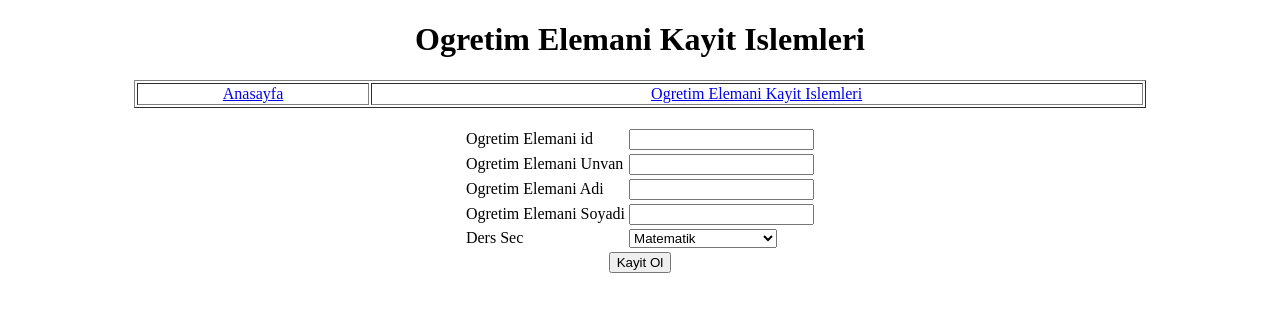
Repository: Egemen-ve-Burakhan-internet-final/final
Page: http://localhost/ogretim/ogretmen_kayit.jsp
These files come from the project's save history. The page is drawn as it stood at one moment and after the next save; the edit follows.
The browser window is 1280 px wide. The pictures show the whole page.
The page is served by Tomcat 9. Other server files are loaded and not shown.

Above is the page before, as saved 2020-05-27 13:18:16.

### okul/ogretim/WebContent/ogretmen_kayit.jsp
<%@ page language="java" contentType="text/html; charset=ISO-8859-1"
    pageEncoding="ISO-8859-1"%>
<!DOCTYPE html>
<html>
<head>
<meta charset="ISO-8859-1">
<title>Ogretmen Kayit Sayfasi</title>
</head>
<body>
	<div>
		<div>
			<h1 style="text-align:center">Ogretim Elemani Kayit Islemleri</h1>
		</div>
		<div>
			<table border=1px; width="80%" align= center>
				<tr>
					<td style="text-align:center"><a href="index.jsp">Anasayfa               </a></td>
					<td style="text-align:center"><a href="ogretmen_kayit.jsp">Ogretim Elemani Kayit Islemleri</a></td>
				</tr>
			</table>
		</div><br>

		<div>
			<form name="forum" action="Servlet" method="post">
				<table align= center>
				    <tr>
						<td><label>Ogretim Elemani id</label></td>
						<td><input type="text" name="oid" id="oid"></td>
					</tr>

					<tr>
						<td><label>Ogretim Elemani Unvan</label></td>
						<td><input type="text" name="unvan" id="unvan"></td>
					</tr>

					<tr>
						<td><label>Ogretim Elemani Adi</label></td>
						<td><input type="text" name="ad" id="ad"></td>
					</tr>

					<tr>
						<td><label>Ogretim Elemani Soyadi</label></td>
						<td><input type="text" name="soyad" id="soyad"></td>
					</tr>

					<tr>
						<td><label>Ders Sec</label></td>
						<td>
							<select name="ders" id="ders">
							    <option value="matematik">Matematik</option>
							    <option value="turkce">Turkce</option>
							    <option value="ingilizce">Ingilizce</option>
							    <option value="tarih">Tarih</option>
							    <option value="felsefe">Felsefe</option>
							    <option value="biyoloji">Biyoloji</option>
							    <option value="fizik">Fizik</option>
							    <option value="kimya">Kimya</option>
							    <option value="internet_programciligi">Internet Programciligi</option>
							    <option value="muzik">Muzik</option>
							    <option value="beden_egitimi">Beden Egitimi</option>
							    <option value="din_kulturu">Din Kulturu</option>
			 			 	</select>
			 			</td>
					</tr>
					<tr>
						<td colspan="2" align=center><input type="submit" id="gonder" name="gonder" value="Kayit Ol"></td>
					</tr>
				</table>
			</form>
		</div>


	</div>
</body>
</html>

After the next save:
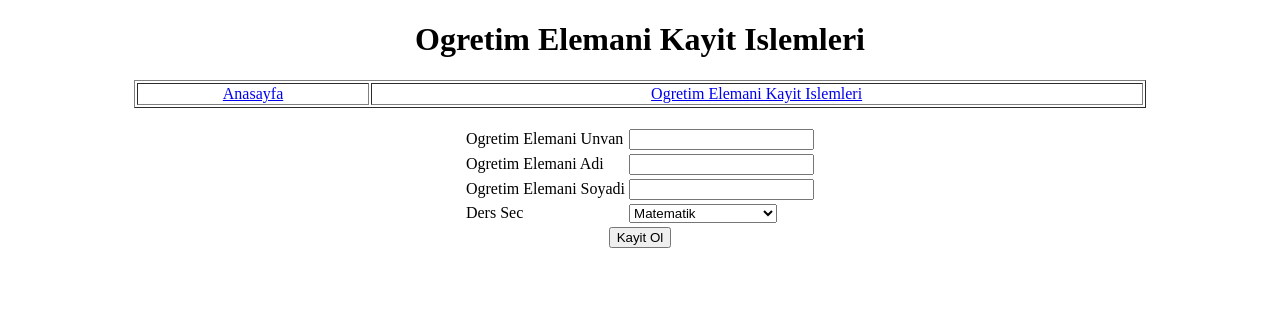
Saved 5 s later.
--- a/okul/ogretim/WebContent/ogretmen_kayit.jsp
+++ b/okul/ogretim/WebContent/ogretmen_kayit.jsp
@@ -23,10 +23,6 @@
 		<div>
 			<form name="forum" action="Servlet" method="post">
 				<table align= center>
-				    <tr>
-						<td><label>Ogretim Elemani id</label></td>
-						<td><input type="text" name="oid" id="oid"></td>
-					</tr>
 
 					<tr>
 						<td><label>Ogretim Elemani Unvan</label></td>
